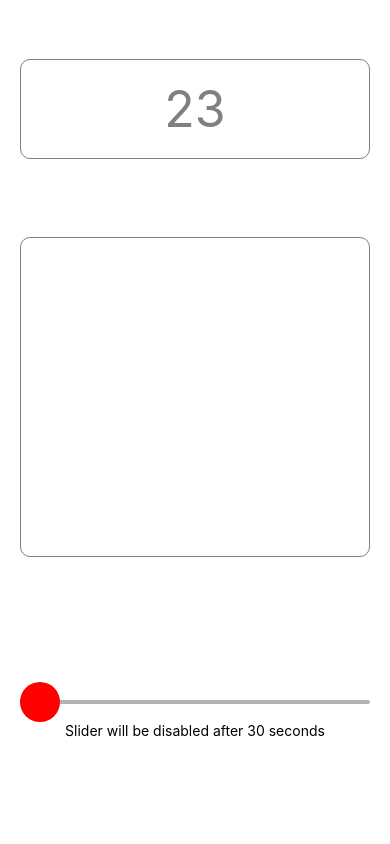
Repository: sonnke/imageResizer
Screen: /
An editor plug-in stored every save of this project. The screen is shown before and after a run of saves, followed by the edit.
Pictures or frames that could not be fetched are drawn as grey boxes. The app was drawn by React Native's web renderer in a window 390 px wide. The project was rebuilt for these pictures with package versions that can differ from the ones it lists, and the page was loaded fresh each time.

Above is the screen before, as saved 2020-02-02 22:15:59.

### App.tsx
import React, { useState } from 'react';
import { Image, StyleSheet, Text, View } from 'react-native';
import { Slider } from 'react-native-elements';
import styled from 'styled-components/native';

import imageSource from './images.jpeg';

const MainContainer = styled.View`
  flex: 1;
  flex-direction: column;
  align-items: center;
  justify-content: space-around;
  padding: 20px;
`;

const StopWatch = styled.View`
  width: 100%;
  height: 100px;
  border-width: 1px;
  border-color: grey;
  border-radius: 10px;
  justify-content: center;
  align-items: center;
`;

const ImageContainer = styled.View`
  width: 100%;
  height: 320px;
  border-width: 1px;
  border-color: grey;
  border-radius: 10px;
  justify-content: center;
  align-items: center;
`;

const SliderContainer = styled.View`
  width: 100%;
  height: 150px;
  border-color: red;
  border-radius: 10px;
  justify-content: center;
  align-items: center;
`;

const Graphic = styled.Image`
  height: ${({ imgSize }) => imgSize}px;
  border-radius: 10px;
`;

const StopWatchText = styled.Text`
  font-size: 50px;
  color: grey;
`;

export default function App() {
  const [sliderNum, setSliderNum] = useState<number>(0); //slider values
  const [imageSize, setImageSize] = useState<number>(150); //default image height
  const [toggleSlider, setToggleSlider] = useState<boolean>(false); //disable or enable slider
  const [seconds, setSeconds] = useState<number>(0); //seconds for a timer

  //set Slider values
  const setSliderValue = (value: number) => {
    //parse slider value to float number and set 2 decimal values
    const sliderValue = parseFloat(value.toFixed(2));

    //Sum of slider value and default image height of 150
    const totalImgSize = sliderValue + 150;

    //set values to a state
    setSliderNum(sliderValue);
    setImageSize(totalImgSize);
  };

  const stopWatch = () => {
    const sec = new Date().getSeconds();

    //If 30 seconds, then disable slider
    if (sec === 30) {
      setToggleSlider(true);
    }

    //if less then 30 seconds then enable slider
    if (sec === 0) {
      setToggleSlider(false);
    }

    //save seconds for display
    setSeconds(sec);
  };

  //executes every 1 seconds
  setInterval(stopWatch, 1000);

  return (
    <MainContainer>
      <StopWatch>
        <StopWatchText>{seconds}</StopWatchText>
      </StopWatch>
      <ImageContainer>
        <Graphic
          imgSize={imageSize}
          resizeMode={"contain"}
          source={imageSource}
        />
      </ImageContainer>
      <SliderContainer>
        <Slider
          disabled={toggleSlider}
          value={sliderNum}
          onValueChange={setSliderValue}
          maximumValue={100}
          minimumValue={0}
          animateTransitions={true}
          minimumTrackTintColor={"#808080"}
          trackStyle={{
            width: 350
          }}
          thumbStyle={{
            color: "blue"
          }}
        />
        <Text>Slider will be disabled after 30 seconds</Text>
      </SliderContainer>
    </MainContainer>
  );
}

After the next 2 saves:
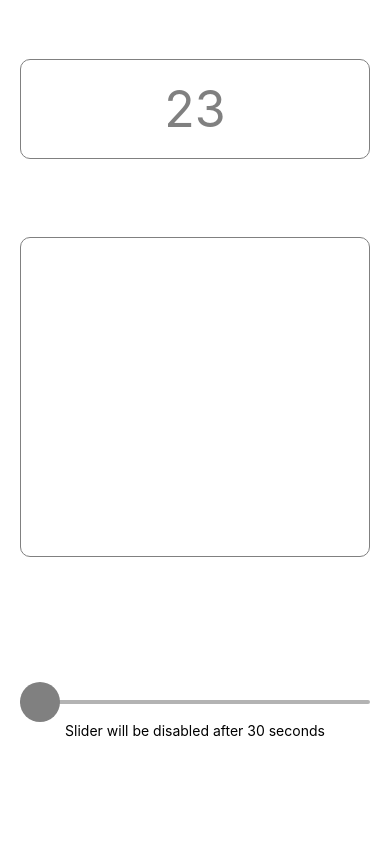
The 2 saves are shown as one change because 1 did not build or start.
The last was saved 52 s later.
--- a/App.tsx
+++ b/App.tsx
@@ -116,7 +116,7 @@
             width: 350
           }}
           thumbStyle={{
-            color: "blue"
+            backgroundColor: "#808080"
           }}
         />
         <Text>Slider will be disabled after 30 seconds</Text>

After the save that followed:
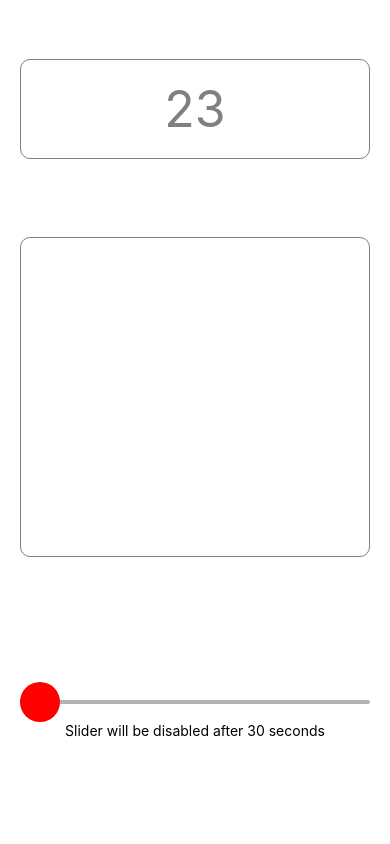
Saved 42 s later.
--- a/App.tsx
+++ b/App.tsx
@@ -116,7 +116,7 @@
             width: 350
           }}
           thumbStyle={{
-            backgroundColor: "#808080"
+            backgroundColor: toggleSlider ? "#808080" : "red"
           }}
         />
         <Text>Slider will be disabled after 30 seconds</Text>
